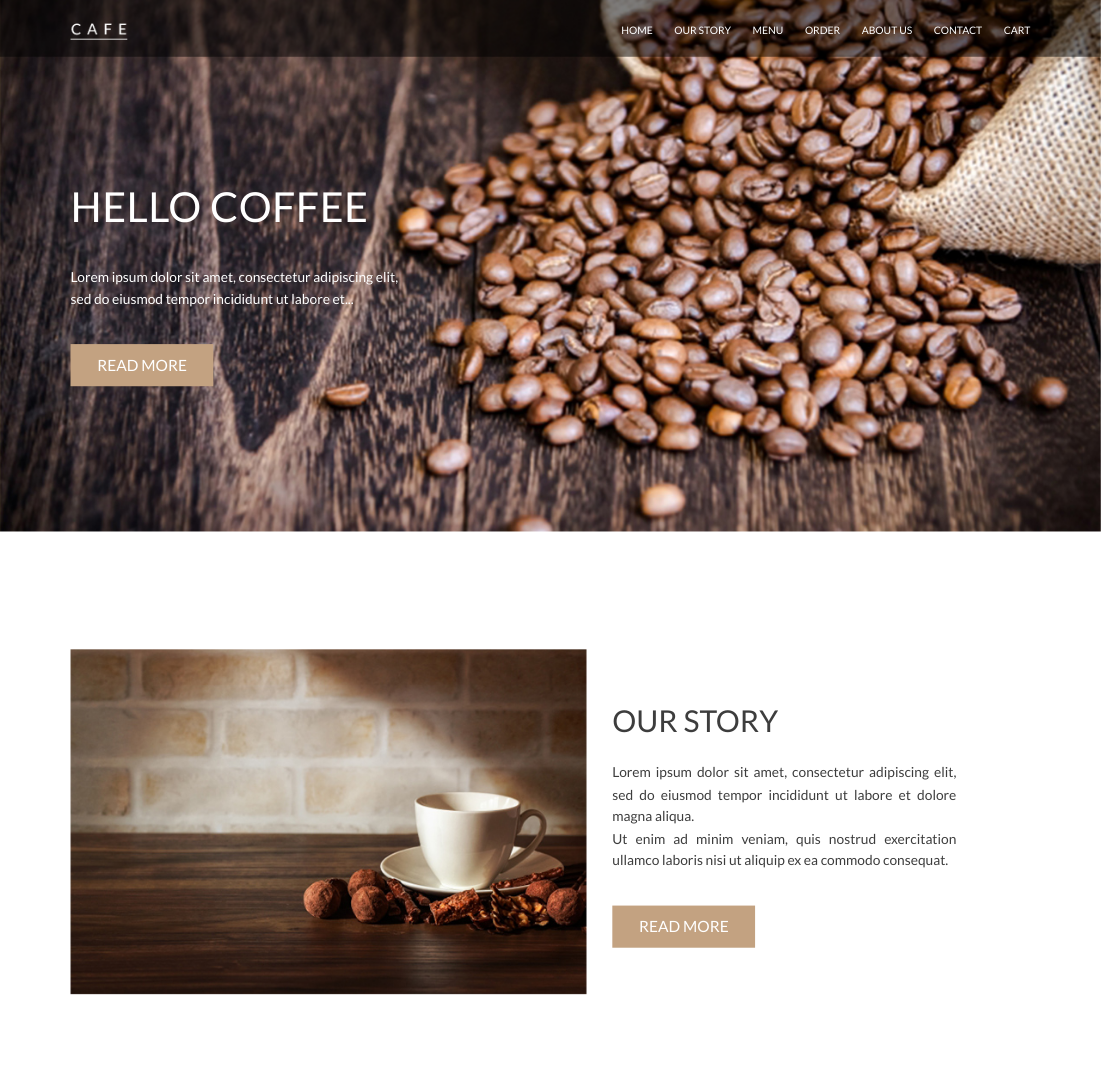
Repository: kuluong2000/coffe
Page: index.html
The author's editor kept a copy of each file at every save. The page is drawn from the files as they stood at one save, then again after the next save.
The browser window is 1280 px wide. The pictures show the whole page, at 86% of full size.

Above is the page before, as saved 2021-10-04 21:20:23.

### index.html
<!DOCTYPE html>
<html lang="en">
  <head>
    <meta charset="UTF-8" />
    <meta http-equiv="X-UA-Compatible" content="IE=edge" />
    <meta name="viewport" content="width=device-width, initial-scale=1.0" />
    <link rel="stylesheet" href="./libs/css/bootstrap.min.css" />
    <link rel="stylesheet" href="./libs/css/animate.css" />
    <link rel="stylesheet" href="./libs/css/slick-theme.css" />
    <link rel="stylesheet" href="./libs/css/slick.css" />
    <link rel="stylesheet" href="./Assets/css/reset.css" />
    <link rel="stylesheet" href="./Assets/css/style.css" />
    <link rel="stylesheet" href="./Assets/css/responsive.css" />
    <title>Document</title>
  </head>
  <body>
    <header class="header">
      <div class="container">
        <div class="row">
          <div class="header-main">
            <div class="header-menu">
              <a href="#">
                <img src="./Assets/image/logo.png" alt="" srcset="" />
              </a>
            </div>
            <nav>
              <ul class="header-menu">
                <li class="header-menu-item"><a href="#" class="header-menu-link">Home</a></li>
                <li class="header-menu-item"><a href="#" class="header-menu-link">Our Story</a></li>
                <li class="header-menu-item"><a href="#" class="header-menu-link">Menu</a></li>
                <li class="header-menu-item"><a href="#" class="header-menu-link">Order</a></li>
                <li class="header-menu-item"><a href="#" class="header-menu-link">About Us</a></li>
                <li class="header-menu-item"><a href="#" class="header-menu-link">Contact</a></li>
                <li class="header-menu-item"><a href="#" class="header-menu-link">Cart</a></li>
              </ul>
            </nav>
          </div>
        </div>
      </div>
    </header>
    <main>
      <section class="banner">
        <div class="banner-img">
          <img src="./Assets/image/banner.jpg" alt="" srcset="" />
        </div>
        <div class="container">
          <div class="row">
            <div class="banner-main">
              <div class="banner-content">
                <h1 class="banner-heading">HELLO COFFEE</h1>
                <p class="banner-desc">Lorem ipsum dolor sit amet, consectetur adipiscing elit, sed do eiusmod tempor incididunt ut labore et...</p>
                <a href="#" class="btn"> Read More </a>
              </div>
            </div>
          </div>
        </div>
      </section>
      <section class="story">
        <div class="container">
          <div class="row">
            <div class="story-main">
              <div class="story-image">
                <img src="./Assets/image/story.jpg" alt="" />
              </div>
              <div class="story-info">
                <div class="story-title">Our Story</div>
                <p class="story-desc">
                  Lorem ipsum dolor sit amet, consectetur adipiscing elit, sed do eiusmod tempor incididunt ut labore et dolore magna aliqua.
                  <br />
                  Ut enim ad minim veniam, quis nostrud exercitation ullamco laboris nisi ut aliquip ex ea commodo consequat.
                </p>
                <a href="#" class="btn">Read More</a>
              </div>
            </div>
          </div>
        </div>
      </section>
    </main>

    <script src="./libs/Js/jquery-3.5.1.slim.min.js"></script>
    <script src="./libs/Js/bootstrap.min.js"></script>
    <script src="./libs/Js/slick.min.js"></script>
    <script src="./libs/Js/wow.js"></script>
  </body>
</html>

### Assets/css/reset.css
html, body, div, span, applet, object, iframe,
h1, h2, h3, h4, h5, h6, p, blockquote, pre,
a, abbr, acronym, address, big, cite, code,
del, dfn, em, img, ins, kbd, q, s, samp,
small, strike, strong, sub, sup, tt, var,
b, u, i, center,
dl, dt, dd, ol, ul, li,
fieldset, form, label, legend,
table, caption, tbody, tfoot, thead, tr, th, td,
article, aside, canvas, details, embed,
figure, figcaption, footer, header, hgroup,
menu, nav, output, ruby, section, summary,
time, mark, audio, video {
	margin: 0;
	padding: 0;
	border: 0;
	font-size: 100%;
	vertical-align: baseline;
}
/* HTML5 display-role reset for older browsers */
article, aside, details, figcaption, figure,
footer, header, hgroup, menu, nav, section {
	display: block;
}
* {
	box-sizing: border-box;
}
body {
	line-height: 1;
  font-family: 'Muli', sans-serif;


  font-style: normal;
  font-weight: normal;
  font-size: 16px;
  line-height: 32px;
}
ol, ul {
	list-style: none;
}
blockquote, q {
	quotes: none;
}
blockquote:before, blockquote:after,
q:before, q:after {
	content: '';
	content: none;
}
table {
	border-collapse: collapse;
	border-spacing: 0;
}

img {
  max-width: 100%;
	vertical-align: bottom;
}
a {
	outline: none;
}

### Assets/css/style.css
@import url('https://fonts.googleapis.com/css2?family=Lato:ital,wght@0,400;0,700;0,900;1,300;1,400;1,700;1,900&display=swap');
body{
    font-family: 'Lato', sans-serif;
    font-size: 16px;
    line-height: 1.6;
    color: #3d3d3d;
    font-weight: 400;
}
.header{
    position: absolute;
    width: 100%;
    background-color: rgba(0,0,0 , 0.5);
    padding: 20px 0 20px;
    z-index: 99;
}
.header-main{
    display:flex;
    justify-content: space-between;
    align-items: center;
}
.header-menu{
    display:flex;
    justify-content: space-between;
    align-items: center;
}
.header-menu-item{
    list-style-type: none;
}
.header-menu-item:not(:first-child){
    margin-left: 25px;
}
.header-menu-link{
    position: relative;
    color: white;
    text-transform: uppercase;
    text-decoration: none;
    font-size: 12px;
    padding-bottom: 7px;

}
.header-menu-link::before{
    content: '';
    position: absolute;
    bottom: 0;
    left:  0;
    height: 2px;
    width: 100%;
    background-color: #c3a281;
    transform: scale(0);
    transition: 0.5s;
    transform-origin: right;
}
.header-menu-link:hover,
.header-menu-link:hover::before{
    color: #c3a281;
    transform: scale(1);
}
.banner{
    position: relative;
    min-height: 660px;
}
.banner-img{
    position: relative;
    z-index: -1;
    object-fit: cover;
    width: 100%;
}
.banner-img img{
    width: 100%;
}

.banner-main{
    position: absolute;
    left: auto;
    top: 50%;
    transform: translateY(-50%);
    color: white;
    width: max-content;

}

.banner-heading{
    font-weight: 400;
    font-size: 48px;
    letter-spacing: 0.5px;
    margin-bottom: 40px;
}
.banner-desc{
    width: 390px;
    margin-bottom: 40px;
}
.btn{
    font-size: 18px;
    color: white;
    font-weight: 400;
    padding: 10px 30px;
    background-color: #c3a281;
    border-radius: 0%;
    text-transform: uppercase;
}
.btn:hover{
    color: white;
}
.story{
    padding-top: 95px;
    min-height: 600px;
}
.story-main{
    display:flex;

    align-items: center;
}
.story-image{
    min-width: 600px;
    height: 100%;
    object-fit: cover;
}
.story-image img{
    width: 100%;
    height: 100%;
}
.story-info{
    margin-left: 30px;
}
.story-title{
    font-size: 35px;
    margin-bottom: 20px;
    text-transform: uppercase;
}
.story-desc{
    text-align: justify;
    max-width: 400px;
    margin-bottom: 40px;
}

### Assets/css/responsive.css
@media (min-width:1400px){
    .container{
        max-width: 1170px;
    }
}

Loaded but not shown: libs/css/bootstrap.min.css (library); libs/css/animate.css (library); libs/css/slick-theme.css (library); libs/css/slick.css (common file); libs/Js/jquery-3.5.1.slim.min.js (library); libs/Js/bootstrap.min.js (library); libs/Js/slick.min.js (library); libs/Js/wow.js (library)

After the next save:
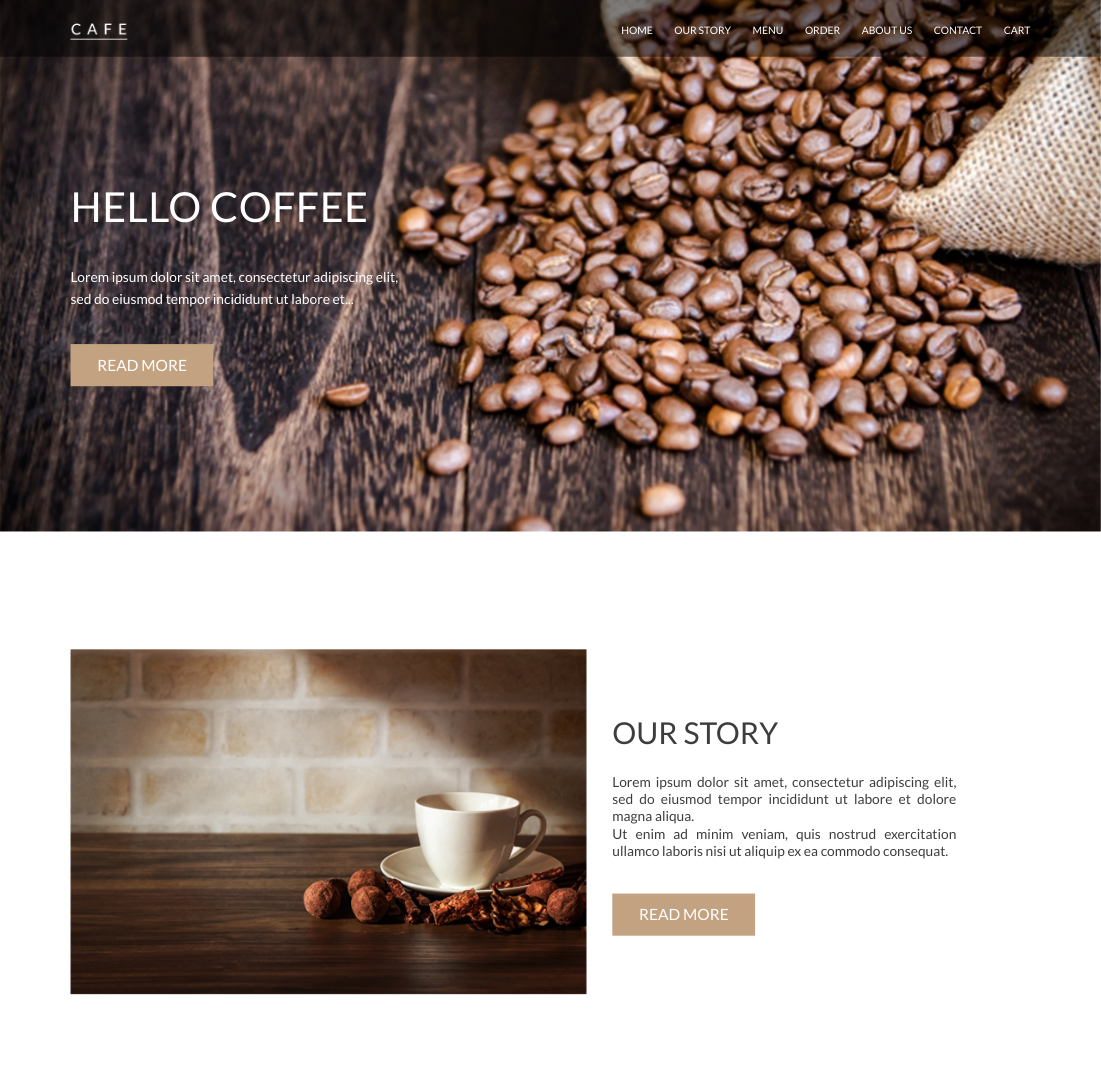
Saved 49 s later.
--- a/Assets/css/style.css
+++ b/Assets/css/style.css
@@ -131,4 +131,5 @@ body{
     text-align: justify;
     max-width: 400px;
     margin-bottom: 40px;
+    line-height: 20px;
 }
